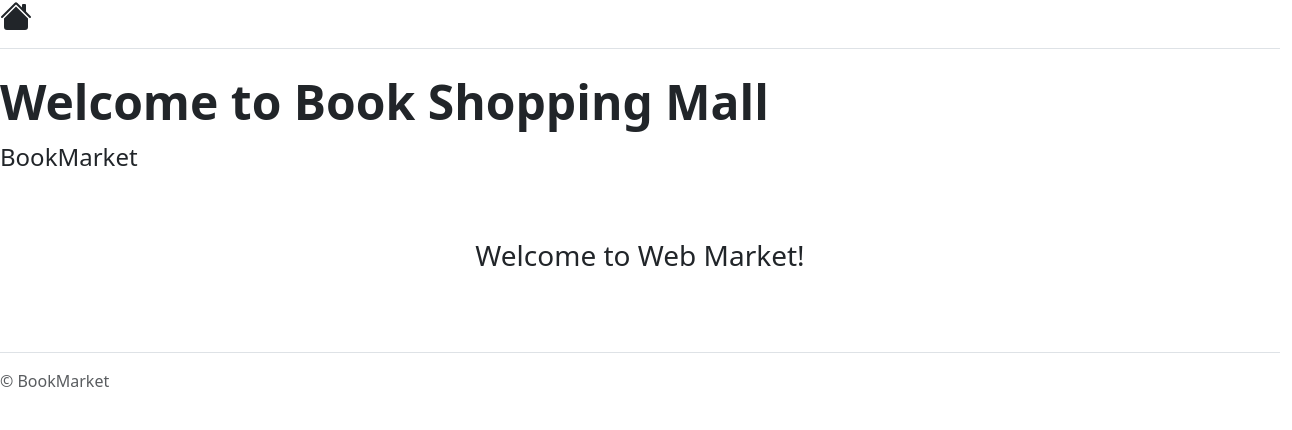
Repository: HyeongWook22/JSP
Page: http://localhost/bookmarket/
An editor plug-in stored every save of this project. The page is shown before and after the next save, followed by the edit.
The browser window is 1280 px wide. The page is 1292 px wide, so the pictures cover 1292 px, including what lies to the right of the window. The pictures show the whole page.
The page is served by Tomcat 10. Other server files are loaded and not shown.

Above is the page before, as saved 2024-10-08 02:29:37.

### bookmarket/src/main/webapp/welcome.jsp
<%@ page language="java" contentType="text/html; charset=UTF-8"
    pageEncoding="UTF-8"%>
<!DOCTYPE html>
<html>
<head>
<link href="https://cdn.jsdelivr.net/npm/bootstrap@5.3.0-alpha1/dist/css/bootstrap.min.css" rel="stylesheet">
<meta charset="UTF-8">
<title>Welcome</title>
</head>
<body>
<div>
	<header class = "pb-3 mb-4 border-bottom">
		<a href ="./welcome.jsp" class = "d-flex align-items-center text-dark text-decoration-none">
		<svg  width="32" height="32" fill="currentColor" class="bi bi-house-fill" viewBox="0 0 16 16">
        <path d="M8.707 1.5a1 1 0 0 0-1.414 0L.646 8.146a.5.5 0 0 0 .708.708L8 2.207l6.646 6.647a.5.5 0 0 0 .708-.708L13 5.793V2.5a.5.5 0 0 0-.5-.5h-1a.5.5 0 0 0-.5.5v1.293L8.707 1.5Z"/>
        <path d="m8 3.293 6 6V13.5a1.5 1.5 0 0 1-1.5 1.5h-9A1.5 1.5 0 0 1 2 13.5V9.293l6-6Z"/>
        </svg>
		</a>
	</header>
<%!
String greeting = "Welcome to Book Shopping Mall";
String tagline = "Welcome to Web Market!";
%>
	<div>
		<div>
			<h1 class = "display-5 fw-bold"><%=greeting %></h1>
			<p class = "col-md-8 fs-4">BookMarket</p>
		</div>
	</div>

	<div class = "row align-tiems-md-stretch   text-center">
		<div class = "col-md-12">
			<div class = "h-100 p-5">
				<h3><%=tagline %></h3>
			</div>
		</div>
	</div>

	<footer class = "pt-3 mt-4 text-body-secondary border-top">
		&copy; BookMarket
	</footer>
</div>
</body>
</html>

After the next save:
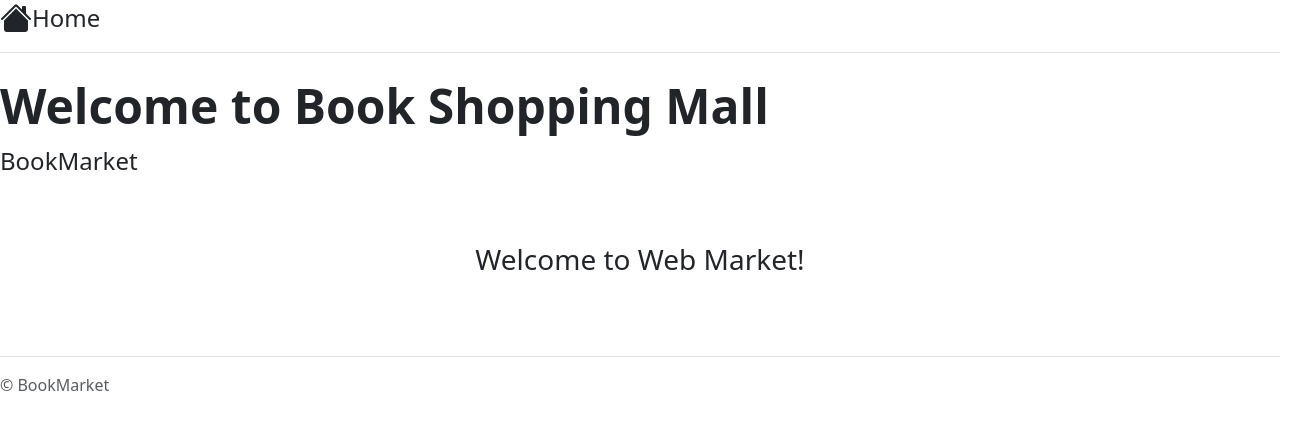
Saved 60 s later.
--- a/bookmarket/src/main/webapp/welcome.jsp
+++ b/bookmarket/src/main/webapp/welcome.jsp
@@ -15,6 +15,7 @@
         <path d="M8.707 1.5a1 1 0 0 0-1.414 0L.646 8.146a.5.5 0 0 0 .708.708L8 2.207l6.646 6.647a.5.5 0 0 0 .708-.708L13 5.793V2.5a.5.5 0 0 0-.5-.5h-1a.5.5 0 0 0-.5.5v1.293L8.707 1.5Z"/>
         <path d="m8 3.293 6 6V13.5a1.5 1.5 0 0 1-1.5 1.5h-9A1.5 1.5 0 0 1 2 13.5V9.293l6-6Z"/>
         </svg>
+        		<span class = "fs-4">Home</span>
 		</a>
 	</header>
 <%!
